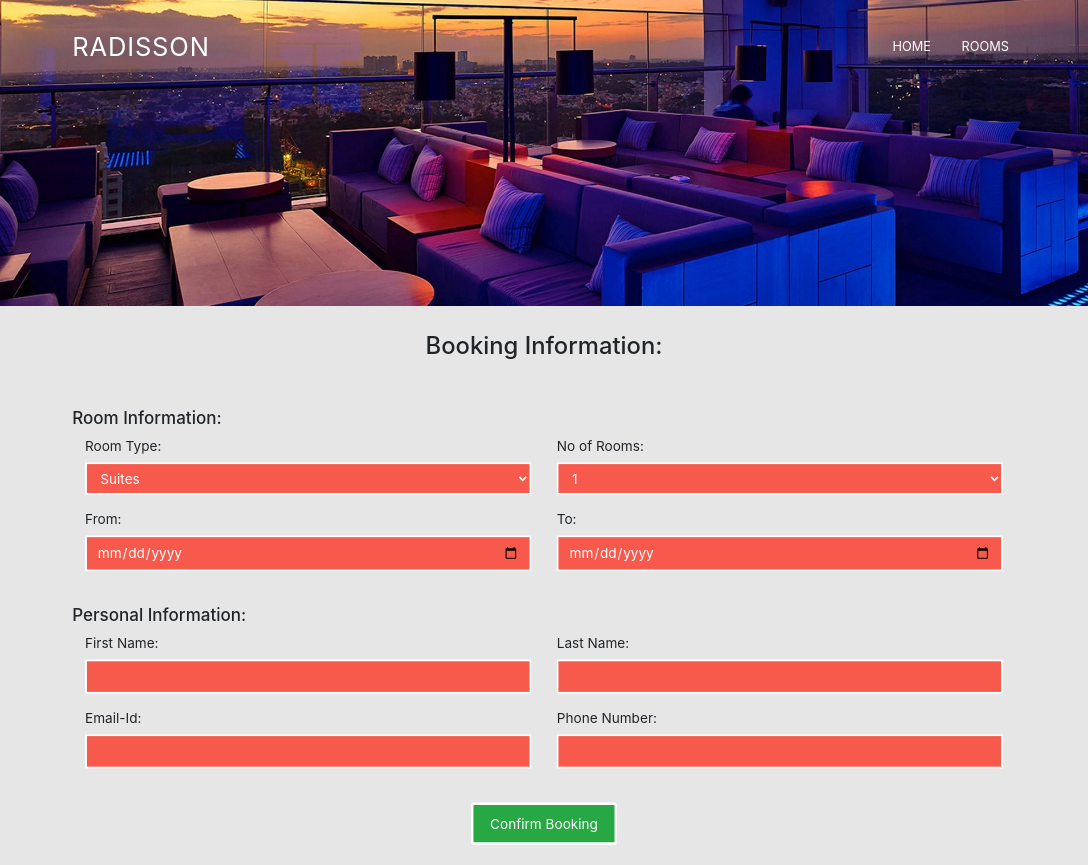
Repository: kapsky5/HotelManagement
Page: booking.html
An editor plug-in stored every save of this project. The page is shown before and after the next save, followed by the edit.
The browser window is 1280 px wide. The pictures show the whole page, at 85% of full size.

Above is the page before, as saved 2019-11-08 09:18:58.

After the next save:
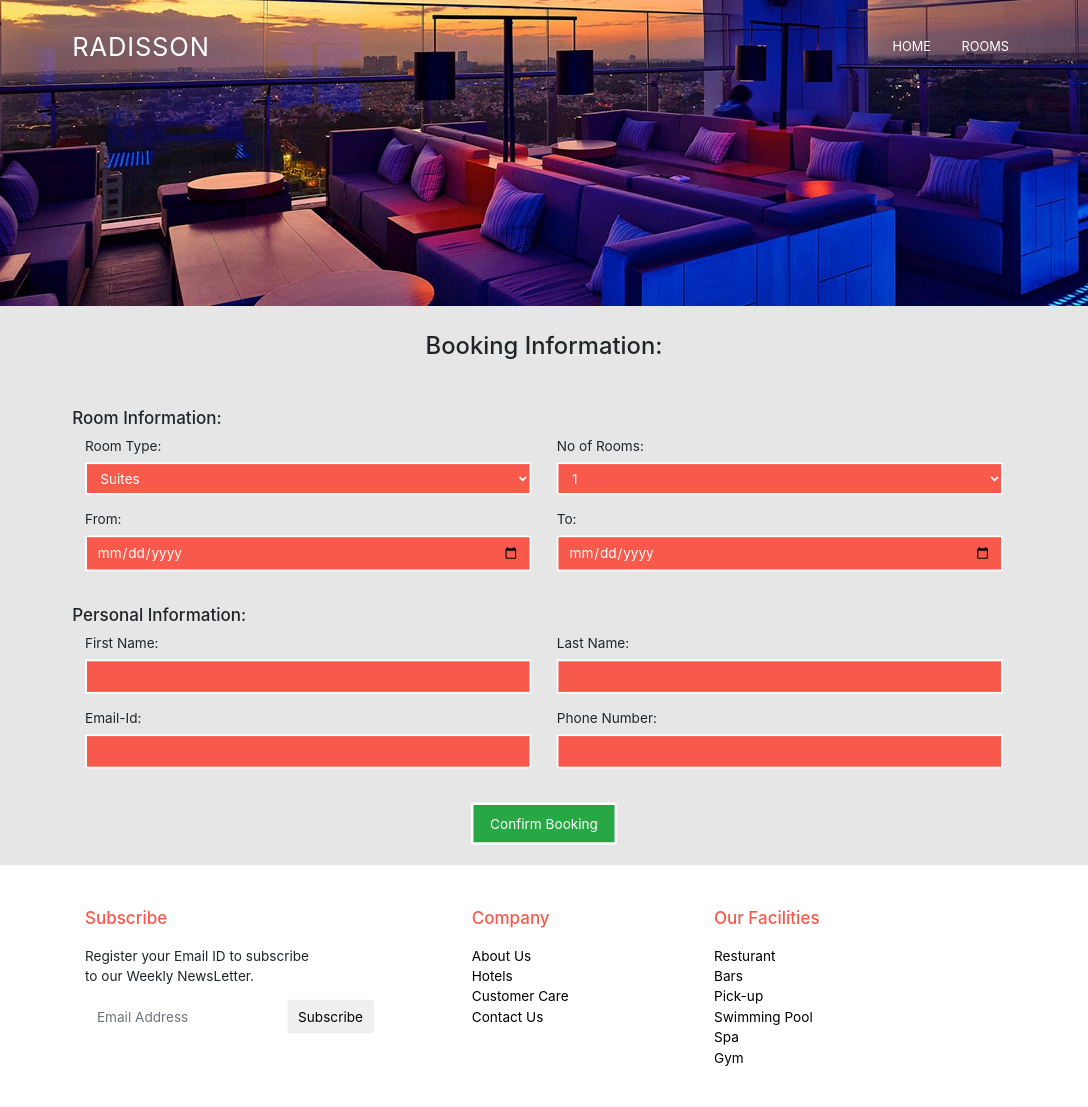
Saved 47 s later.
--- a/booking.html
+++ b/booking.html
@@ -113,6 +113,49 @@
             <br>
         </div>
     </div>
+    <footer id="footer" class="footx">
+        <div class="container">
+            <div class="row rowinfoot">
+                <div class="col-md-4">
+                    <h3 class="foo-head">Subscribe</h3>
+                    <p class="foo-text">Register your Email ID to subscribe <br> to our Weekly NewsLetter.</p>
+                    <form id="form-subscribe">
+                    <div class="input-group">
+                        <input class="form-control" type="email" placeholder="Email Address" id="email" style="background-color: white !important">
+                        <div class="input-group-append">
+                            <button class="btn btn-default" type="submit">Subscribe</button>
+                        </div>
+                    </div>
+                    </form>
+                </div>
+                <div class="col-md-4" style="padding-left: 100px;">
+                    <h3 class="foo-head">Company</h3>
+                    <ul class="list-unstyled foo-text">
+                        <li><a href="#">About Us</a></li>
+                        <li><a href="#">Hotels</a></li>
+                        <li><a href="#">Customer Care</a></li>
+                        <li><a href="#">Contact Us</a></li>
+                    </ul>
+                </div>
+                <div class="col-md-4">
+                    <h3 class="foo-head">Our Facilities</h3>
+                    <ul class="list-unstyled foo-text">
+                        <li><a href="#">Resturant</a></li>
+                        <li><a href="#">Bars</a></li>
+                        <li><a href="#">Pick-up</a></li>
+                        <li><a href="#">Swimming Pool</a></li>
+                        <li><a href="#">Spa</a></li>
+                        <li><a href="#">Gym</a></li>
+                    </ul>
+                </div>
+            </div>
+        </div>
+        <!-- <div class="copyright text-center">
+            <p>Made with Love By kapsky</p>
+            <p><small>© kapsky</small></p>
+        </div> -->
+    </footer>
+
 
     <script>
 
